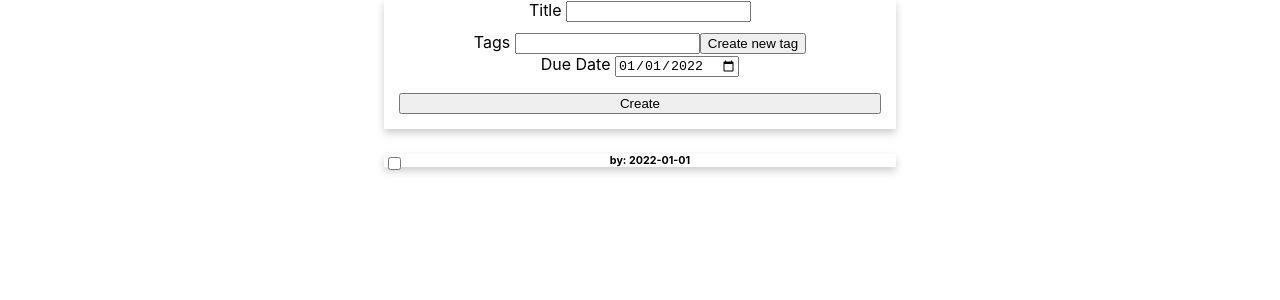
Repository: sanjayMamidipaka/reactappbits
Page: /, after clicking the first element matching `div.submitButton > button`
The author's editor kept a copy of each file at every save. The page is drawn from the files as they stood at one save, then again after a run of saves.
The browser window is 1280 px wide. The pictures show the whole page.
The project was rebuilt for these pictures with package versions that can differ from the ones it lists, and the page was loaded fresh each time. Also part of the build but not shown: src/components/Tag.css, src/components/Tag.tsx.

Above is the page before, as saved 2022-01-18 18:16:41.

After the next 2 saves:
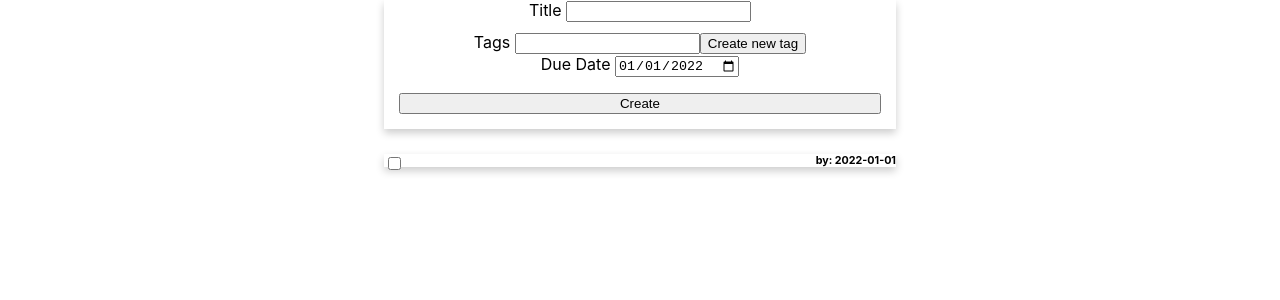
The 2 saves are shown as one change because they came seconds apart.
The last was saved 7 s later.
--- a/src/components/TodoItem.css
+++ b/src/components/TodoItem.css
@@ -19,3 +19,7 @@
 .child {
     text-align: left;
 }
+
+.date {
+    text-align: right;
+}
